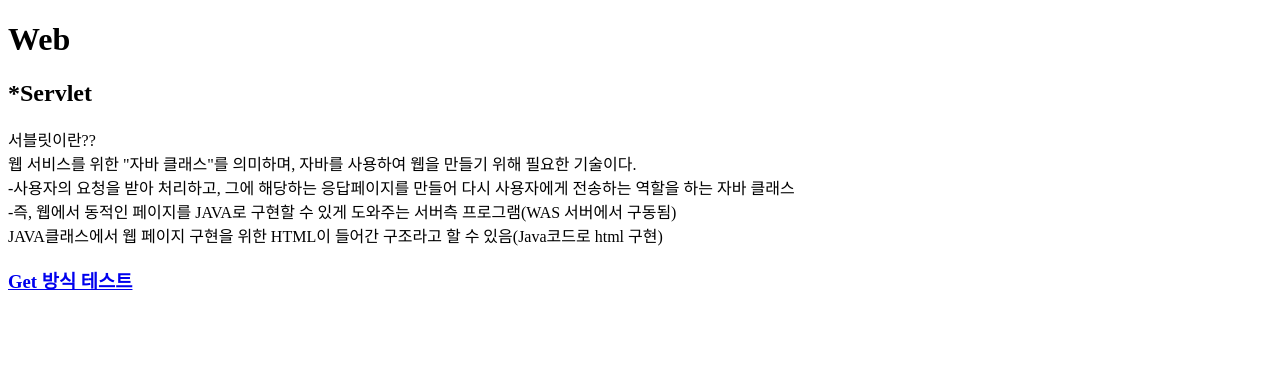
Repository: yejin0220/Web-workspace1
Page: 1_Servlet/WebContent/index.html
An editor plug-in stored every save of this project. The page is shown before and after the next save, followed by the edit.
The browser window is 1280 px wide. The pictures show the whole page.

Above is the page before, as saved 2023-02-08 02:19:59.

### 1_Servlet/WebContent/index.html
<!DOCTYPE html>
<html>
<head>
<meta charset="UTF-8">
<title>Insert title here</title>
</head>
<body>

	<h1>Web</h1>

	<h2>*Servlet</h2>
	<p>
		서블릿이란??<br>
		웹 서비스를 위한 "자바 클래스"를 의미하며, 자바를 사용하여 웹을 만들기 위해 필요한 기술이다.<br>

		-사용자의 요청을 받아 처리하고, 그에 해당하는 응답페이지를 만들어 다시 사용자에게 전송하는 역할을 하는 자바 클래스<br>
		-즉, 웹에서 동적인 페이지를 JAVA로 구현할 수 있게 도와주는 서버측 프로그램(WAS 서버에서 구동됨)<br>
		 JAVA클래스에서 웹 페이지 구현을 위한 HTML이 들어간 구조라고 할 수 있음(Java코드로 html 구현)
	</p>

	<h3><a href="views/requestTest_GET.html">Get 방식 테스트</a></h3>







</body>
</html>

After the next save:
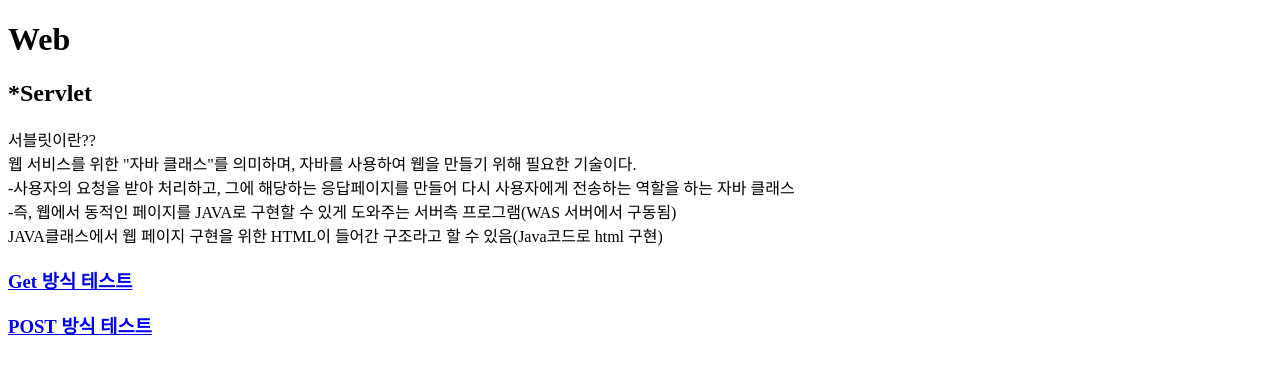
Saved 6 s later.
--- a/1_Servlet/WebContent/index.html
+++ b/1_Servlet/WebContent/index.html
@@ -19,6 +19,7 @@
 	</p>
 
 	<h3><a href="views/requestTest_GET.html">Get 방식 테스트</a></h3>
+	<h3><a href="views/requestTest_POST.html">POST 방식 테스트</a></h3>
 
 
 
